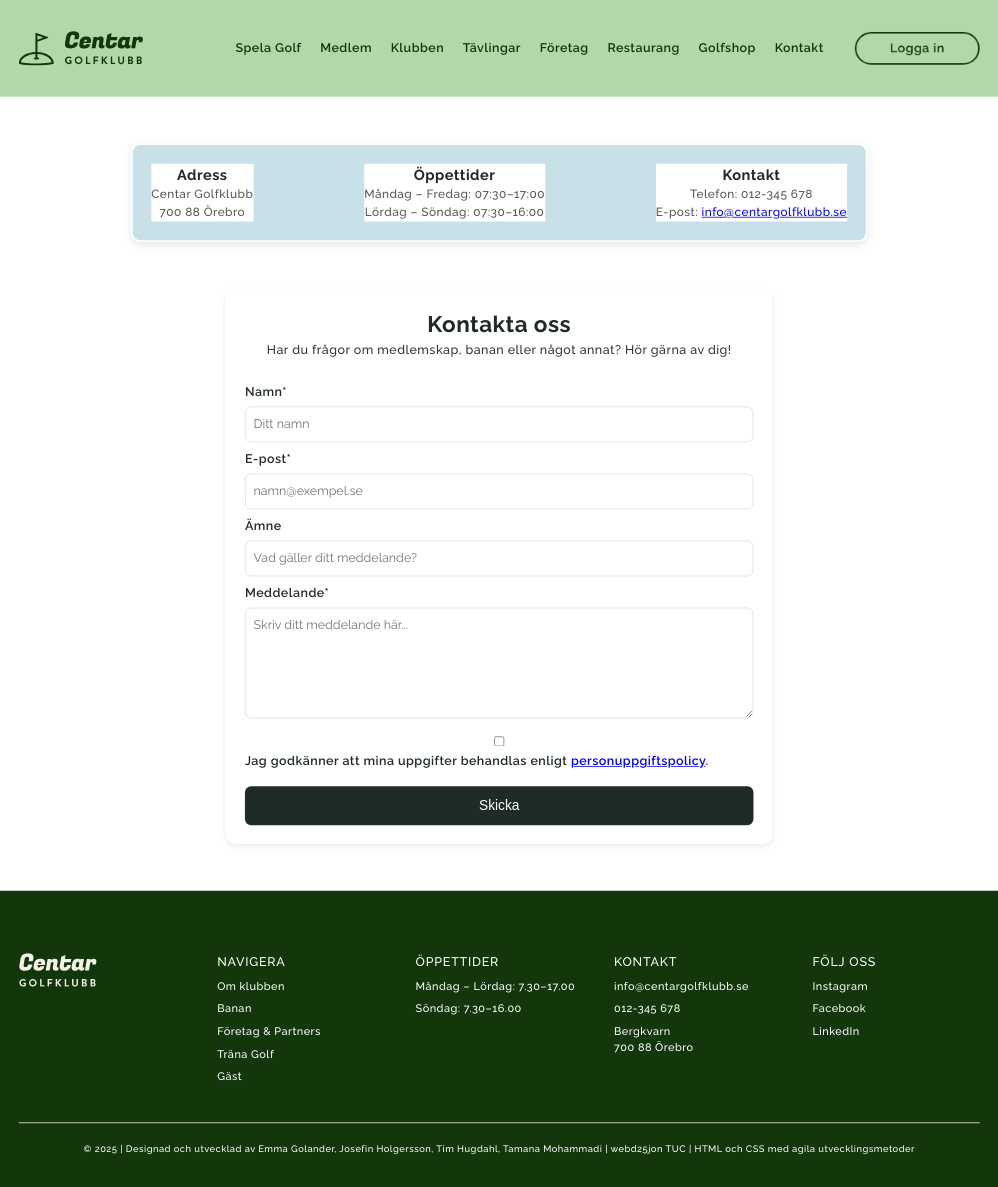
Repository: Tamana831/GolfklubbCentar
Page: kontakt.html
These files come from the project's save history. The page is drawn as it stood at one moment and after the next save; the edit follows.
The browser window is 1280 px wide. The pictures show the whole page, at 78% of full size.

Above is the page before, as saved 2025-10-22 11:54:50.

### kontakt.html
<!DOCTYPE html>
<html lang="sv">
  <head>
    <meta charset="UTF-8" />
    <meta name="viewport" content="width=device-width, initial-scale=1.0" />
    <meta name="description" content="Kontakta Centar Golfklubb – öppettider, adress och kontaktuppgifter." />
    <title>Kontakta oss</title>

    <!-- Grundstilar -->
    <link rel="stylesheet" href="styles/variables.css" />
    <link rel="stylesheet" href="styles/base.css" />
    <link rel="stylesheet" href="styles/kontakt.css" />
  </head>

  <body>
    <!-- HEADER -->
    <header class="bg-green-mid header-start" role="banner">
      <nav class="container main-nav-wrapper" role="navigation" aria-label="Huvudnavigering">
        <a href="index.html">
          <img src="images/centar_logotype_primary_dark.svg" alt="Centar logotype" class="logotype" />
        </a>

        <input type="checkbox" id="menu-toggle" aria-controls="menu" aria-label="Visa meny" />
        <label for="menu-toggle" class="menu-button-container">
          <span class="menu-button"></span>
        </label>

        <div class="menu-wrapper" id="menu">
          <ul>
            <li><a href="spelagolf.html">Spela Golf</a></li>
            <li><a href="#">Medlem</a></li>
            <li><a href="#">Klubben</a></li>
            <li><a href="#">Tävlingar</a></li>
            <li><a href="#">Företag</a></li>
            <li><a href="#">Restaurang</a></li>
            <li><a href="#">Golfshop</a></li>
            <li><a href="kontakt.html" class="active">Kontakt</a></li>
          </ul>
          <a href="#" class="button btn-primary-outline">Logga in</a>
        </div>
      </nav>
    </header>

    <!-- HELA KONTAKTSEKTIONEN MED BAKGRUND -->
    <section class="contact-section" aria-labelledby="kontakt-h1">
      <div class="container">

        <!-- KONTAKT-BOXAR -->
        <div class="contact-wrapper" aria-labelledby="kontakt-info-heading">
          <div class="contact-card" role="region" aria-labelledby="adress-heading">
            <h3 id="adress-heading">Adress</h3>
            <p>Centar Golfklubb<br />700 88 Örebro</p>
          </div>

          <div class="contact-card" role="region" aria-labelledby="oppettider-heading">
            <h3 id="oppettider-heading">Öppettider</h3>
            <p>Måndag – Fredag: 07:30–17:00<br />Lördag – Söndag: 07:30–16:00</p>
          </div>

          <div class="contact-card" role="region" aria-labelledby="kontakt-heading">
            <h3 id="kontakt-heading">Kontakt</h3>
            <p>Telefon: 012-345 678<br />E-post: <a href="mailto:info@centargolfklubb.se">info@centargolfklubb.se</a></p>
          </div>
        </div>

        <!-- FORMULÄR -->
        <div class="contact-container" role="region" aria-labelledby="kontakt-h1">
          <header class="contact-header">
            <h1 id="kontakt-h1">Kontakta oss</h1>
            <p>Har du frågor om medlemskap, banan eller något annat? Hör gärna av dig!</p>
          </header>

          <form class="contact-form" action="#" method="post" novalidate>
            <label for="name">Namn*</label>
            <input type="text" id="name" name="name" required placeholder="Ditt namn" />

            <label for="email">E-post*</label>
            <input type="email" id="email" name="email" required placeholder="namn@exempel.se" />

            <label for="subject">Ämne</label>
            <input type="text" id="subject" name="subject" placeholder="Vad gäller ditt meddelande?" />

            <label for="message">Meddelande*</label>
            <textarea id="message" name="message" rows="5" required placeholder="Skriv ditt meddelande här..."></textarea>

            <!-- GDPR / samtycke -->
            <label class="gdpr-label" for="consent">
              <input type="checkbox" id="consent" name="consent" required />
              Jag godkänner att mina uppgifter behandlas enligt
              <a href="#" target="_blank" rel="noopener noreferrer">personuppgiftspolicy</a>.
            </label>

            <!-- Valfritt: ett litet felmeddelande-element (kan visas via JS/CSS vid behov) -->
            <p class="form-error" aria-live="polite" style="display:none; color:#c0392b; margin-top:8px;">
              Du måste godkänna personuppgiftspolicyn för att skicka formuläret.
            </p>

            <button type="submit">Skicka</button>
          </form>
        </div>
      </div>
    </section>

    <!-- FOOTER -->
    <footer class="bg-green-dark" role="contentinfo">
      <div class="container text-white footer-wrapper">
        <nav class="foot-nav-wrapper body-sm" aria-label="Sidfot navigation">
          <div class="foot-nav-item foot-logo-wrapper">
            <a href="index.html">
              <img src="images/centar_logo_wordmark_neg.svg" alt="Centar logotype negative" class="logo-wordmark" />
            </a>
          </div>

          <section class="foot-nav-item">
            <h5 class="overline">Navigera</h5>
            <ul>
              <li><a href="#">Om klubben</a></li>
              <li><a href="#">Banan</a></li>
              <li><a href="#">Företag &amp; Partners</a></li>
              <li><a href="#">Träna Golf</a></li>
              <li><a href="#">Gäst</a></li>
            </ul>
          </section>

          <section class="foot-nav-item">
            <h5 class="overline">Öppettider</h5>
            <p>Måndag – Lördag: 7.30–17.00</p>
            <p>Söndag: 7.30–16.00</p>
          </section>

          <section class="foot-nav-item">
            <h5 class="overline">Kontakt</h5>
            <a href="mailto:info@centargolfklubb.se">info@centargolfklubb.se</a>
            <a href="tel:+46123456789">012-345 678</a>
            <address>Bergkvarn<br />700 88 Örebro</address>
          </section>

          <section class="foot-nav-item">
            <h5 class="overline">Följ oss</h5>
            <ul>
              <li><a href="#">Instagram</a></li>
              <li><a href="#">Facebook</a></li>
              <li><a href="#">LinkedIn</a></li>
            </ul>
          </section>
        </nav>

        <div class="byline-wrapper text-center">
          <p>
            &copy; 2025 | Designad och utvecklad av Emma Golander, Josefin
            Holgersson, Tim Hugdahl, Tamana Mohammadi | webd25jon TUC |
            HTML och CSS med agila utvecklingsmetoder
          </p>
        </div>
      </div>
    </footer>
  </body>
</html>

### styles/variables.css
/* Variabler. I och med att vi lägger det i root så går de att nå i alla css-filer.*/
:root {
  /* FÄRGER */
  --color-green-dark: #13360a;
  --color-green-mid: #b3d6aa;
  --color-green-light: #ecf6e9;
  --color-green-accent: #14bf71;

  --color-blue-mid: #c8e0e8;
  --color-blue-light: #e4f0f4;
  --color-beige-light: #f4f3e9;

  --color-text-black: #262626;
  --color-text-grey: #3d3d3d;
  --color-text-white: #ffffff;

  /* SPACING */
  --space-xxs: 0.5rem; /* 8px, minsta avstånd, typ ikoner, små knappar*/
  --space-xs: 1rem; /* 16px, litet avstånd, tex mellan text och knapp  */
  --space-sm: 1.5rem; /* 24px, lite större, ofta mellan rubrik och text */
  --space-md: 2.5rem; /* 40px, ännu lite större, ofta mellan större rubrik och text */
  --space-lg: 3.5rem; /* 56px */
  --space-xl: 5rem; /* 80px, större block, typ mellan sektioner*/
  --space-xxl: 7.5rem; /* 120px, stort avstånd mellan sektioner */
}

### styles/base.css
@import url("https://fonts.googleapis.com/css2?family=Raleway:ital,wght@0,100..900;1,100..900&display=swap");
/* Reset */
* {
  box-sizing: border-box;
  margin: 0;
  padding: 0;
  line-height: 1.5;
}

body {
  color: var(--color-text-black); /* Textfärg för hela sidan */
  font-family: "Raleway", sans-serif;
  font-weight: 500;
  letter-spacing: 0.6px;
  -webkit-font-smoothing: antialiased;
  -moz-osx-font-smoothing: grayscale;
}

/* Klassen container styr sidans maxbredd. */
.container {
  margin: 0 auto;
  max-width: 1280px;
  /* Är det för tight padding i mobil?? */
  padding-left: var(--space-sm);
  padding-right: var(--space-sm);
}
/* @media (min-width: 768px) {
  .container {
    padding-left: var(--space-sm);
    padding-right: var(--space-sm);
  }
} */

/* ---------- BAKGRUNDSFÄRG styling  ---------- */
/* Gör vad som känns enklast, antingen med klass på html-elmentet eller med hjälp av css direkt på elementet. */
.bg-green-dark {
  background-color: var(--color-green-dark);
}
.bg-green-mid {
  background-color: var(--color-green-mid);
}
.bg-green-light {
  background-color: var(--color-green-light);
}
.bg-blue-mid {
  background-color: var(--color-blue-mid);
}
.bg-blue-light {
  background-color: var(--color-blue-light);
}
.bg-beige-light {
  background-color: var(--color-beige-light);
}

/* ---------- TEXT styling ---------- */
/* Utgår från mobil och skalar upp, se media queries */
/* text- för rubriker */
.text-xxl,
.text-xl,
.text-lg,
.text-md,
.text-sm {
  font-weight: 600;
  letter-spacing: normal; /* nollställer letter-spacing som är satt i body */
  line-height: 1.2;
}
.text-xxl {
  font-size: 2.5rem; /* 40px mobil, 64px desktop */
}
.text-xl {
  font-size: 2rem; /* 32px mobil, 48px desktop */
  margin-bottom: var(--space-md);
}
.text-lg {
  font-size: 1.75rem; /* 28px mobil, 32px desktop */
  margin-bottom: var(--space-sm);
}
.text-md {
  font-size: 1.25rem; /* 20px mobil, 24px desktop */
  margin-bottom: var(--space-xs);
}
.text-sm {
  font-size: 1rem; /* 16px */
  margin-bottom: var(--space-xs);
}
/* body- för brödtext och ingress */
.body-sm {
  font-size: 0.875rem; /* 14px */
}
.body {
  font-size: 1rem; /* 16px */
}
.body-lg {
  font-size: 1rem; /* 16px mobil, 20px desktop */
}
.overline {
  font-size: 1rem; /* 16px */
  font-weight: 500;
  text-transform: uppercase;
  letter-spacing: 1px;
}
/* Större px-storlek från tablet och uppåt */
@media (min-width: 768px) {
  .text-xxl {
    font-size: 4rem; /* 64px */
  }
  .text-xl {
    font-size: 3rem; /* 48px */
  }
  .text-lg {
    font-size: 2rem; /* 32px */
  }
  .text-md {
    font-size: 1.5rem; /* 24px */
  }
  .body-lg {
    font-size: 1.25rem; /* 20px */
  }
}
/* Hjälpklasser */
.text-center {
  text-align: center;
}
.text-white {
  color: var(--color-text-white);
}
.bold {
  font-weight: 700;
}
/* ----------  BUTTONS ---------- */
/* Grundstyling som gäller alla knappar (a-taggar och buttons) */
.button {
  /* Button reset */
  appearance: none; /* tar bort systemets knappstil. */
  -webkit-appearance: none; /* för Safari */
  -moz-appearance: none; /* för Firefox */
  border: none;
  font: inherit; /* Ärver samma font som sidan */
  /* Sätter fast höjd på knappar och justerar in med flex, så man vet att alla knappat alltid är lika höga. */
  height: 42px;
  width: fit-content;
  max-width: 100%;
  display: flex;
  justify-content: center;
  align-items: center;
  text-decoration: none;
  font-weight: 600;
  text-align: center;
  border-radius: 999px;
  padding: 0 var(--space-md); /* Enbart padding i sidled pga fast höjd och flex*/
  cursor: pointer;
  will-change: transform;
  transition: background-color 0.25s ease, transform 0.15s ease;
}
.button:hover {
  transform: scale(1.03);
}
.btn-primary {
  /* Mörkgrön */
  background-color: var(--color-green-dark);
  color: var(--color-beige-light);
}
.btn-cta {
  background-color: var(--color-green-accent);
  color: var(--color-text-white);
}
.btn-primary:hover,
.btn-cta:hover {
  background-color: color-mix(in srgb, var(--color-green-accent) 85%, black);
}
.btn-primary-outline {
  /* Mörkgrön outline */
  border: 2px solid var(--color-green-dark);
  background-color: transparent;
  color: var(--color-green-dark);
}
.btn-primary-outline:hover {
  background-color: var(--color-green-dark);
  color: var(--color-beige-light);
}
/* Focus ring t.ex. när man tabbar sig fram */
.button:focus-visible {
  outline: 3px solid color-mix(in srgb, var(--color-green-accent) 70%, white);
  outline-offset: 3px;
}
@media (max-width: 420px) {
  .button {
    height: auto;
    min-height: 42px;
    padding: 0.5rem var(--space-md);
    white-space: normal;
    line-height: 1.2;
  }
}

/* ---------- NAVIGATION ---------- */
.main-nav-wrapper {
  display: flex;
  justify-content: space-between;
  align-items: center;
  position: relative;
  padding-top: var(--space-sm);
  padding-bottom: var(--space-sm);
}
.logotype {
  width: 140px;
  /* Tar bort margin i botten på bild */
  display: block;
}
.menu-wrapper {
  position: absolute;
  top: 100%; /* lägger meny precis under nav */
  left: 0;
  right: 0;
  background-color: var(--color-green-mid);
  border-top: 1px solid var(--color-green-dark);
  box-shadow: 0 4px 16px 0 rgba(0, 0, 0, 0.08);
  display: flex;
  flex-direction: column;
  padding: var(--space-sm) var(--space-sm) var(--space-lg) var(--space-sm);
  gap: var(--space-xs); /* Avstånd mellan meny och knapp */
  /* Animerar opaciteten */
  max-height: 0;
  opacity: 0;
  overflow: hidden;
  transition: all 700ms cubic-bezier(0.23, 1, 0.32, 1);
}
.menu-wrapper li {
  list-style: none;
  font-size: 1.25rem;
  margin-bottom: var(--space-xs);
}
.menu-wrapper a {
  text-decoration: none;
  color: var(--color-green-dark);
  font-weight: 600;
  transition: background-color 0.5s;
}
.menu-wrapper li a:hover,
.menu-wrapper li a.current {
  padding-bottom: 4px;
  border-bottom: 2px solid var(--color-green-dark);
}
/* Styling hamburgerikon */
.menu-button-container {
  height: 100%;
  width: 32px;
  cursor: pointer;
  display: flex;
  flex-direction: column;
  justify-content: center;
  align-items: center;
}
/* Döljer själva checkboxen*/
#menu-toggle {
  display: none;
}
/* Checkbox (hamburgermenyn) kryssad, menyn visas */
#menu-toggle:checked ~ .menu-wrapper {
  max-height: 600px;
  opacity: 1;
}
/* Hamburgerikonens transformation till ett "X" */
#menu-toggle:checked + .menu-button-container .menu-button::before {
  margin-top: 0;
  transform: rotate(45deg);
}
#menu-toggle:checked + .menu-button-container .menu-button {
  background: transparent;
}
#menu-toggle:checked + .menu-button-container .menu-button::after {
  margin-top: 0;
  transform: rotate(-45deg);
}
/* Stylar "strecken" i hamburgermenyn  */
.menu-button,
.menu-button::before,
.menu-button::after {
  display: block;
  background-color: var(--color-green-dark);
  position: absolute;
  height: 3px;
  width: 30px;
  border-radius: 2px;
  transition: transform 400ms cubic-bezier(0.23, 1, 0.32, 1);
}
.menu-button::before {
  content: "";
  margin-top: -8px;
}
.menu-button::after {
  content: "";
  margin-top: 8px;
}
/* Desktop */
@media (min-width: 1024px) {
  .main-nav-wrapper {
    align-items: flex-start;
    padding-top: var(--space-md);
    padding-bottom: var(--space-md);
  }
  .logotype {
    width: 200px;
    padding-right: var(--space-md);
  }
  .menu-button-container {
    display: none; /* Döljer hamburgarikon */
  }
  .menu-wrapper {
    position: static;
    background-color: transparent;
    display: flex;
    flex-direction: row;
    align-items: flex-start;
    padding: 0;
    gap: var(--space-md); /* Avstånd mellan meny och knapp */
    box-shadow: none;
    border-top: none;
    /* Återställer styling för animering */
    max-height: none;
    opacity: 1;
    overflow: visible;
    transition: none;
  }
  .menu-wrapper ul {
    display: flex;
    flex-wrap: wrap;
    justify-content: center;
    align-items: center;
    column-gap: var(--space-sm);
    row-gap: var(--space-xs);
  }
  .menu-wrapper li {
    margin-bottom: 0;
    font-size: 1rem;
  }
  .menu-wrapper .button {
    min-width: 160px; /* Måste sätta bredd annars vill texten hamna på två rader */
  }
}
@media (min-width: 1200px) {
  .main-nav-wrapper {
    align-items: center;
  }
  .menu-wrapper {
    align-items: center;
  }
}

/* Exempel-styling */
.hero {
  display: flex;
  flex-direction: column;
  justify-content: center;
  align-items: center;
  background-color: plum; /* Färg och höjd för att man ska se något nu.*/
  height: 500px;
  margin-bottom: var(--space-xl);
}
.btn-wrapper {
  display: flex;
  gap: var(--space-xs);
}

/* ----------  FOOTER ---------- */
/* Container-klassen styr padding i sidled så sätter top och bottom här. */
.footer-wrapper {
  padding-top: var(--space-xl);
  padding-bottom: var(--space-md);
}
.foot-nav-wrapper {
  display: grid; /* Grid aktiverad från start */
  grid-template-columns: 1fr;
  gap: var(--space-md); /* Mellanrum mellan sektioner */
  margin-bottom: var(--space-md);
}
footer .logo-wordmark {
  width: 100px;
}
footer .overline {
  margin-bottom: var(--space-xxs);
}
.foot-nav-item a,
.foot-nav-item p,
.foot-nav-item address {
  margin-bottom: var(--space-xxs);
  font-style: normal;
}
.foot-nav-item li {
  list-style: none;
}
.foot-nav-item a {
  display: block;
  text-decoration: none;
  color: var(--color-text-white);
}
.foot-nav-item a:hover {
  text-decoration: underline;
}
.byline-wrapper {
  border-top: 0.5px solid var(--color-beige-light);
}
.byline-wrapper p {
  font-size: 0.75rem;
  padding-top: var(--space-sm);
}
/* Tablet */
@media (min-width: 768px) {
  .foot-nav-wrapper {
    grid-template-columns: repeat(3, 1fr);
  }
  .foot-logo-wrapper {
    grid-column: span 3;
  }
}
/* Desktop */
@media (min-width: 1200px) {
  .foot-nav-wrapper {
    grid-template-columns: repeat(5, 1fr);
  }
  .foot-logo-wrapper {
    grid-column: span 1;
  }
}

### styles/kontakt.css
/* --- KONTAKT-SEKTION --- */
.contact-wrapper {
  display: flex;
  justify-content: space-between;
  align-items: stretch; /* alla boxar lika höga */
  gap: 24px;
  max-width: 944px;
  margin: 60px auto;
  border: 2px solid #fff;
  border-radius: 12px;

  background: #C8E0E8; /* bakgrundsfärg för hela kontaktboxen */
  box-shadow: 0 4px 12px rgba(0, 0, 0, 0.1);
  padding: 24px;
  flex-wrap: nowrap; /* boxarna ligger bredvid varandra */
}

.contact-card {
  text-align: center;
  background: #fff; /* färg för varje liten box */
}

.contact-card:hover {
  transform: translateY(-3px);
}

.contact-card h2 {
  font-size: 1.2rem;
  margin-bottom: 10px;
  color: #1f2b28;
}

.contact-card p {
  font-size: 0.95rem;
  color: #555;
  line-height: 1.5;
}

/*--- FORMULÄR ---*/
.contact-container {
  max-width: 700px;
  margin: 60px auto;
  padding: 24px;
  background: #fff; /* samma bakgrundsfärg som huvudboxen */
  border-radius: 12px;
  box-shadow: 0 4px 10px rgba(0, 0, 0, 0.08);
}

.contact-header {
  text-align: center;
  margin-bottom: 30px;
}

.contact-header h1 {
  font-size: 1.8rem;
  color: #1f2b28;
}

.contact-header p {
  color: #333;
  font-size: 1rem;
}

.contact-form label {
  display: block;
  margin-top: 10px;
  font-weight: 600;
  color: #1f2b28;
}

.contact-form input,
.contact-form textarea {
  width: 100%;
  padding: 10px;
  margin-top: 6px;
  border: 1px solid #ddd;
  border-radius: 8px;
  font-size: 1rem;
  font-family: inherit;
  background: #fff;
}

.contact-form button {
  margin-top: 20px;
  width: 100%;
  padding: 12px;
  background: #1f2b28;
  color: white;
  border: none;
  border-radius: 8px;
  cursor: pointer;
  font-size: 1.1rem;
  transition: background 0.2s ease;
}

.contact-form button:hover {
  background: #3a4a46;
}

/* --- Responsiv design --- */
@media (max-width: 768px) {
  .contact-wrapper {
    flex-direction: column; /* staplar boxarna på mobil */
    padding: 20px;
  }

  .contact-card {
    width: 100%;
    min-height: auto; /* höjd anpassas på mobil */
  }

  .contact-container {
    margin: 30px 16px;
    padding: 20px;
  }
}

After the next save:
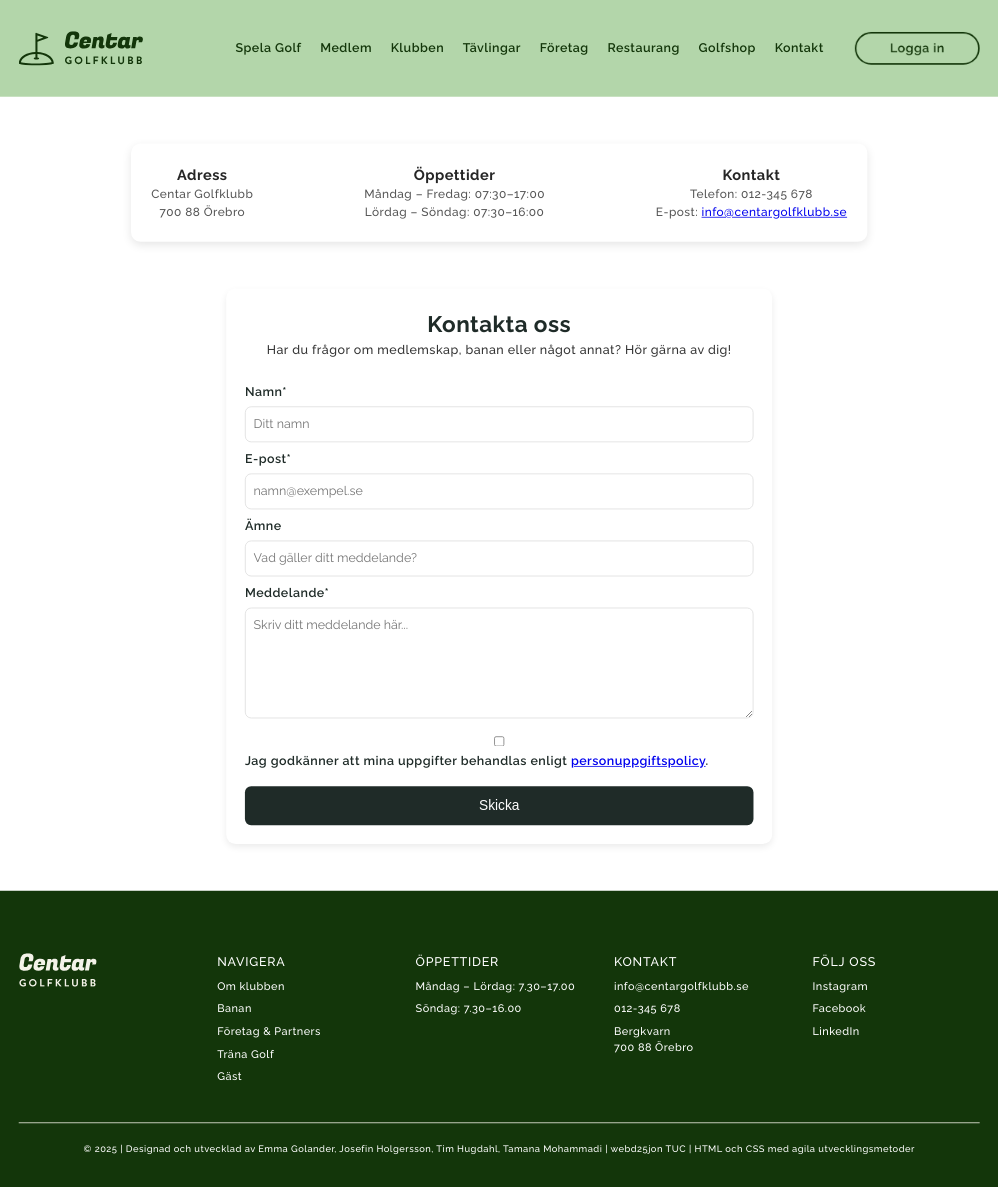
Saved 5 min 58 s later.
--- a/styles/kontakt.css
+++ b/styles/kontakt.css
@@ -9,7 +9,7 @@
   border: 2px solid #fff;
   border-radius: 12px;
 
-  background: #C8E0E8; /* bakgrundsfärg för hela kontaktboxen */
+  background: #fff; /* bakgrundsfärg för hela kontaktboxen */
   box-shadow: 0 4px 12px rgba(0, 0, 0, 0.1);
   padding: 24px;
   flex-wrap: nowrap; /* boxarna ligger bredvid varandra */
